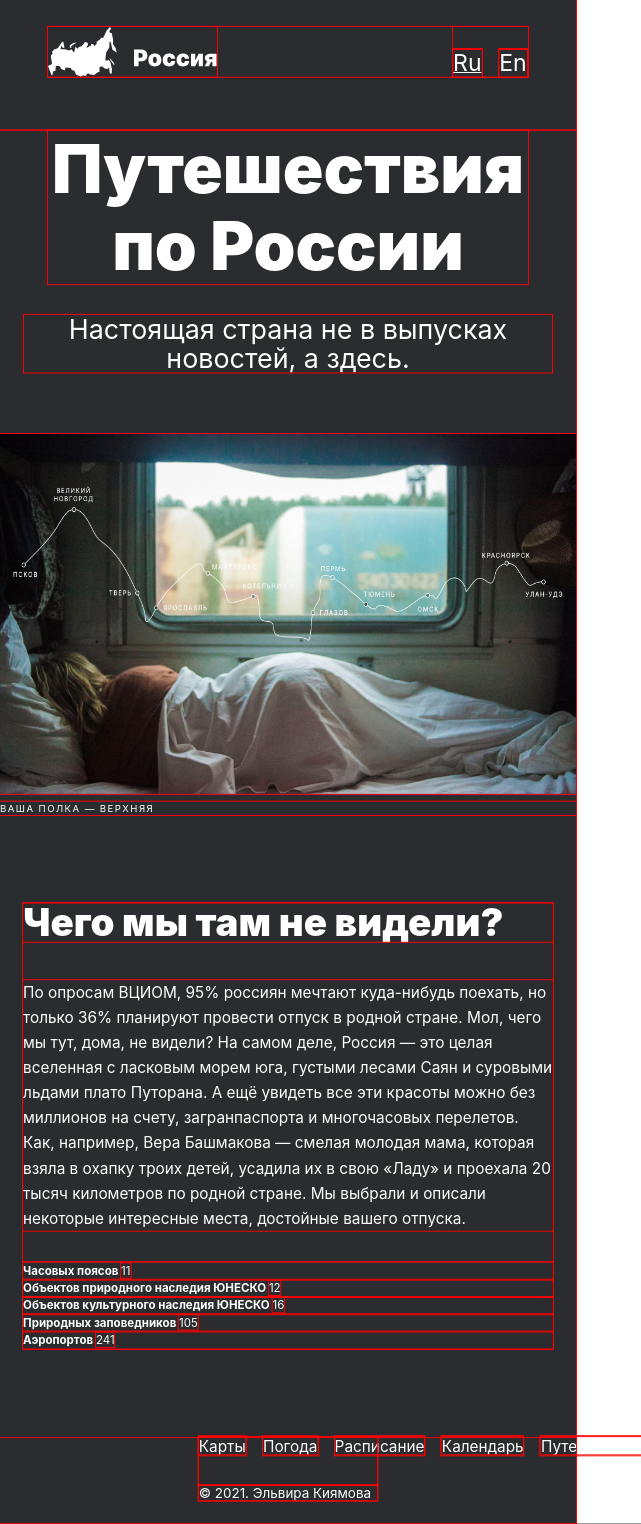
Repository: 89373611988/russia-travel
Page: index.html
These files come from the project's save history. The page is drawn as it stood at one moment and after the next save; the edit follows.
The browser window is 600 px wide. The page is 668 px wide, so the pictures cover 668 px, including what lies to the right of the window. The pictures show the whole page, at 96% of full size.
Some web fonts or font styles are not loaded; a fallback is used.

Above is the page before, as saved 2021-12-18 19:59:14.

### index.html
<!DOCTYPE html>
<html lang="ru">
  <head>
    <meta charset="UTF-8" />
    <meta name="viewport" content="width=device-width, initial-scale=1">
    <title>Путешествия по России</title>
    <link rel="stylesheet" href="pages/index.css" />
  </head>
  <body>
    <div class="page">
      <header class="header page__header">
        <img src="./images/header-logo.svg" alt="" class="header__logo">
        <ul class="header__list">
          <li class="header__item">
            <a href="#" target="_blank" class="header__lang-link">Ru</a>
          </li>
          <li class="header__item">
            <a href="#" target="_blank" class="header__lang-link">En</a>
          </li>
        </ul>
      </header>
      <main class="content">
        <section class="lead ">
          <h1 class="lead__title">Путешествия по России</h1>
          <p class="lead__subtitle">Настоящая страна не в выпусках новостей, а здесь.</p>
          <img src="./images/lead-polka.jpg" alt="Отдых в вагоне" class="lead__image">
          <p class="lead__caption">ваша полка — верхняя</p>
        </section>

        <section class="intro page__intro">
          <h2 class="intro__title">Чего мы там не видели?</h2>
          <p class="intro__text">По опросам ВЦИОМ, 95% россиян мечтают куда-нибудь поехать, но только 36% планируют провести отпуск в родной стране. Мол, чего мы тут, дома, не видели? На самом деле, Россия — это целая вселенная с ласковым морем юга, густыми лесами Саян и суровыми льдами плато Путорана. А ещё увидеть все эти красоты можно без миллионов на счету, загранпаспорта и многочасовых перелетов. Как, например, Вера Башмакова — смелая молодая мама, которая взяла в охапку троих детей, усадила их в свою «Ладу» и проехала 20 тысяч километров по родной стране. Мы выбрали и описали некоторые интересные места, достойные вашего отпуска.</p>
          <ul class="intro__list">
            <li class="intro__item">Часовых поясов
              <span class="intro__number">11</span>
            </li>
            <li class="intro__item">Объектов природного наследия ЮНЕСКО
              <span class="intro__number">12</span>
            </li>
            <li class="intro__item">Объектов культурного наследия ЮНЕСКО
              <span class="intro__number">16</span>
            </li>
            <li class="intro__item">Природных заповедников
              <span class="intro__number">105</span>
            </li>
            <li class="intro__item">Аэропортов
              <span class="intro__number">241</span>
            </li>
          </ul>
        </section>
      </main>

      <footer class="footer">
        <ul class="footer__list">
          <li class="footer__item">
            <a href="https://yandex.ru/maps" class="footer__link">Карты</a>
          </li>
          <li class="footer__item">
            <a href="https://yandex.ru/pogoda" class="footer__link">Погода</a>
          </li>
          <li class="footer__item">
            <a href="https://rasp.yandex.ru" class="footer__link">Расписание</a>
          </li>
          <li class="footer__item">
            <a href="https://calendar.yandex.ru" class="footer__link">Календарь</a>
          </li>
          <li class="footer__item">
            <a href="https://travel.yandex.ru" class="footer__link">Путешествия</a>
          </li>
        </ul>
        <p class="footer__copyright">&copy; 2021. Эльвира Киямова</p>
      </footer>

    </div>
  </body>
</html>

### pages/index.css
@import url("../styles/normalize.css");

@import url("../blocks/page/page.css");
@import url("../blocks/page/__header/page__header.css");
@import url("../blocks/page/__intro/page__intro.css");

@import url("../blocks/header/header.css");
@import url("../blocks/header/__logo/header__logo.css");
@import url("../blocks/header/__list/header__list.css");
@import url("../blocks/header/__item/header__item.css");
@import url("../blocks/header/__lang-link/header__lang-link.css");

@import url("../blocks/content/content.css");

@import url("../blocks/lead/lead.css");
@import url("../blocks/lead/__title/lead__title.css");
@import url("../blocks/lead/__subtitle/lead__subtitle.css");
@import url("../blocks/lead/__image/lead__image.css");
@import url("../blocks/lead/__caption/lead__caption.css");

@import url("../blocks/intro/intro.css");
@import url("../blocks/intro/__title/intro__title.css");
@import url("../blocks/intro/__text/intro__text.css");
@import url("../blocks/intro/__list/intro__list.css");
@import url("../blocks/intro/__item/intro__item.css");
@import url("../blocks/intro/__number/intro__number.css");

@import url("../blocks/footer/footer.css");
@import url("../blocks/footer/__list/footer__list.css");
@import url("../blocks/footer/__item/footer__item.css");
@import url("../blocks/footer/__link/footer__link.css");
@import url("../blocks/footer/__copyight/footer__copyight.css");

@import url("../fonts/Inter\ Web");

### blocks/page/page.css
* {
  outline-width: 1px;
  outline-style: solid;
  outline-color: red;
}

.page {
  color: #ffffff;
  background-color: #2a2c2f;
  font-family: "Inter";
  font-style: normal;
  padding: 28px 0 24px;
  -moz-osx-font-smoothing: grayscale;
  -webkit-font-smoothing: antialiased;
  -webkit-text-size-adjust: 100%;
  -ms-text-size-adjust: 100%;
  -moz-text-size-adjust: 100%;
  text-rendering: optimizeLegibility;
  display: flex;
  flex-direction: column;
  align-items: center;
}

### blocks/page/__header/page__header.css
.page__header {
  margin-bottom: 56px;
}

### blocks/page/__intro/page__intro.css
.page__intro {
  margin: 92px 0;
}

### blocks/header/header.css
.header {
  display: flex;
  flex-direction: row;
  justify-content: space-between;
  width: 1184px;
}

@media (max-width: 1200px) {
  .header {
    width: 928px;
  }
}

@media (max-width: 940px) {
  .header {
    width: 720px;
  }
}

@media (max-width: 768px) {
  .header {
    width: 720px;
  }
}

@media (max-width: 730px) {
  .header {
    width: 600px;
  }
}

@media (max-width: 640px) {
  .header {
    width: 500px;
  }
}

@media (max-width: 540px) {
  .header {
    width: 400px;
  }
}

@media (max-width: 440px) {
  .header {
    width: 300px;
  }
}

@media (max-width: 320px) {
  .header {
    width: 288px;
  }
}

### blocks/header/__logo/header__logo.css
.header__logo {
  width: 176px;
  height: 52px;
}

@media (max-width: 500px) {
  .header__logo {
    width: 142px;
    height: 42px;
  }
}

### blocks/header/__list/header__list.css
.header__list {
  display: flex;
  flex-direction: row;
  align-items: flex-end;
  padding: 0;
  margin: 0;
}

### blocks/header/__item/header__item.css
.header__item {
  list-style-type: none;
  width: 30px;
  height: 28px;
}

.header__item:first-child {
  margin-right: 18px;
  text-decoration: underline;
}

### blocks/header/__lang-link/header__lang-link.css
.header__lang-link {
  font-size: 24px;
  line-height: 28px;
  color: #fff;
  text-decoration: none;
}

@media (max-width: 500px) {
  .header__lang-link {
    font-size: 18px;
    line-height: 20px;
  }
}

### blocks/content/content.css


.content {

}

### blocks/lead/lead.css
.lead {
  display: flex;
  flex-direction: column;
}

### blocks/lead/__title/lead__title.css
.lead__title {
  font-weight: 900;
  font-size: 96px;
  line-height: 100px;
  max-width: 720px;
  text-align: center;
  align-self: center;
  margin: 0;
}

@media (max-width: 768px) {
  .lead__title {
    font-size: 70px;
    line-height: 80px;
    max-width: 500px;
  }
}

@media (max-width: 520px) {
  .lead__title {
    font-size: 50px;
    line-height: 70px;
    max-width: 400px;
  }
}

@media (max-width: 440px) {
  .lead__title {
    font-size: 45px;
    line-height: 50px;
    max-width: 330px;
  }
}

@media (max-width: 320px) {
  .lead__title {
    font-size: 40px;
    line-height: 44px;
    max-width: 288px;
  }
}

### blocks/lead/__subtitle/lead__subtitle.css
.lead__subtitle {
  font-size: 30px;
  line-height: 36px;
  align-self: center;
  margin: 32px 0 64px;
  max-width: 640px;
  text-align: center;
}

@media (max-width: 680px) {
  .lead__subtitle {
    font-size: 28px;
    line-height: 30px;
    max-width: 550px;
  }
}

@media (max-width: 575px) {
  .lead__subtitle {
    font-size: 25px;
    line-height: 30px;
    max-width: 400px;
  }
}

@media (max-width: 430px) {
  .lead__subtitle {
    font-size: 18px;
    line-height: 25px;
    max-width: 300px;
  }
}

@media (max-width: 320px) {
  .lead__subtitle {
    font-size: 16px;
    line-height: 20px;
    max-width: 288px;
  }
}

### blocks/lead/__image/lead__image.css
.lead__image {
  max-width: 984px;
  max-height: 615px;
  margin: 0 auto;
}

@media (max-width: 1024px) {
  .lead__image {
    max-width: 100%;
  }
}

### blocks/lead/__caption/lead__caption.css
.lead__caption {
  font-size: 10px;
  line-height: 14px;
  letter-spacing: 1.5px;
  margin: 8px 0 0;
  text-transform: uppercase;
  text-align: left;
}

### blocks/intro/intro.css
.intro {
  max-width: 690px;
}

@media (max-width: 1024px) {
  .intro {
    margin-left: 48px;
  }
}

@media (max-width: 768px) {
  .intro {
    max-width: 720px;
    margin-left: 24px;
    margin-right: 24px;
  }
}

@media (max-width: 320px) {
  .intro {
    max-width: 288px;
    margin-left: 16px;
    margin-right: 16px;
  }
}

### blocks/intro/__title/intro__title.css
.intro__title {
  margin: 0;
  font-weight: 900;
  font-size: 54px;
  line-height: 58px;
}

@media (max-width: 768px) {
  .intro__title {
    font-size: 40px;
    line-height: 40px;
  }
}

@media (max-width: 400px) {
  .intro__title {
    font-size: 32px;
    line-height: 35px;
  }
}

### blocks/intro/__text/intro__text.css
.intro__text {
  font-size: 16px;
  line-height: 163%;
  margin: 40px 0 33px;
}

### blocks/intro/__list/intro__list.css
.intro__list {
  margin: 0;
  padding: 0;
  font-weight: bold;
  font-size: 12px;
  line-height: 18px;
}

### blocks/intro/__item/intro__item.css
.intro__item {
  list-style-type: none;
}

### blocks/intro/__number/intro__number.css
.intro__number {
  font-weight: normal;
}

### blocks/footer/footer.css
.footer {
  width: 1184px;
  display: flex;
  flex-direction: row;
  justify-content: space-between;
}

@media (max-width: 1220px) {
  .footer {
    width: 1000px;
  }
}

@media (max-width: 1024px) {
  .footer {
    width: 928px;
  }
}

@media (max-width: 960px) {
  .footer {
    width: 800px;
  }
}

@media (max-width: 960px) {
  .footer {
    width: 800px;
  }
}

@media (max-width: 840px) {
  .footer {
    width: 750px;
  }
}

@media (max-width: 768px) {
  .footer {
    width: 720px;
  }
}

@media (max-width: 750px) {
  .footer {
    width: 186px;
    flex-direction: column;

  }
}

### blocks/footer/__list/footer__list.css
.footer__list {
  display: flex;
  flex-direction: row;
  padding: 0;
  margin: 0;
  font-size: 16px;
  line-height: 18px;
}


@media (max-width: 750px) {
  .footer__item {
    width: 186px;
    margin-bottom: 32px;
  }
}

@media (max-width: 320px) {
  .footer__list {
    font-size: 24px;
    line-height: 24px;
  }
}

### blocks/footer/__item/footer__item.css
.footer__item {
  list-style-type: none;
  margin-right: 18px;
}

@media (max-width: 750px) {
  .footer__item {
    width: 186px;
    margin-bottom: 32px;
  }
}

### blocks/footer/__link/footer__link.css
.footer__link {
  color: #fff;
  text-decoration: none;
}

.footer__link:hover {
  opacity: 0.7;
  cursor: pointer;
  transition: opacity 0.5s ease;
}

### blocks/footer/__copyight/footer__copyight.css
.footer__copyright {
  margin: 0;
  font-size: 14px;
  line-height: 16px;
}

@media (max-width: 320px) {
  .footer__copyright {
    line-height: 14px;
  }
}

Loaded but not shown: styles/normalize.css (library)

After the next save:
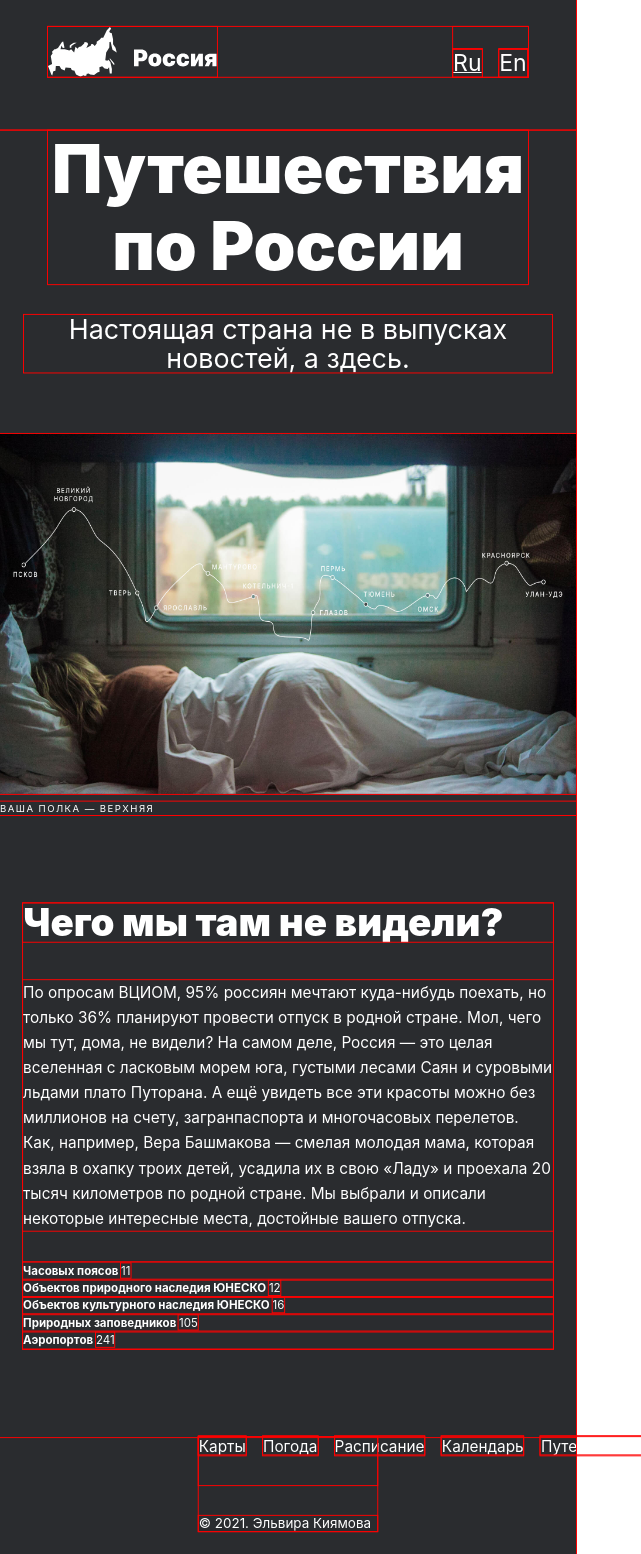
Saved 4 s later.
--- a/blocks/footer/__list/footer__list.css
+++ b/blocks/footer/__list/footer__list.css
@@ -9,7 +9,7 @@
 
 
 @media (max-width: 750px) {
-  .footer__item {
+  .footer__list {
     width: 186px;
     margin-bottom: 32px;
   }
